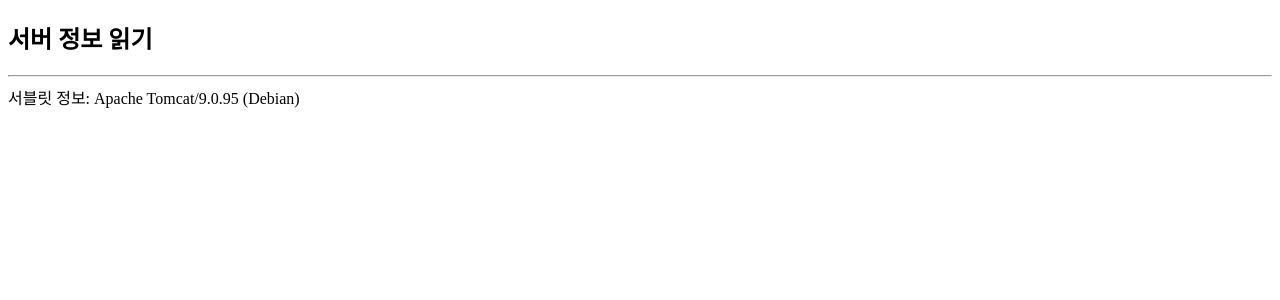
Repository: dongseon-git/WEB_JSP
Page: http://localhost/studyhtml5/jsp/j02/h01_application.jsp
An editor plug-in stored every save of this project. The page is shown before and after the next save, followed by the edit.
The browser window is 1280 px wide. The pictures show the whole page.
The page is served by Tomcat 9. Nobody is signed in. The application's start-up code is not run.

Above is the page before, as saved 2022-05-17 00:15:34.

After the next save:
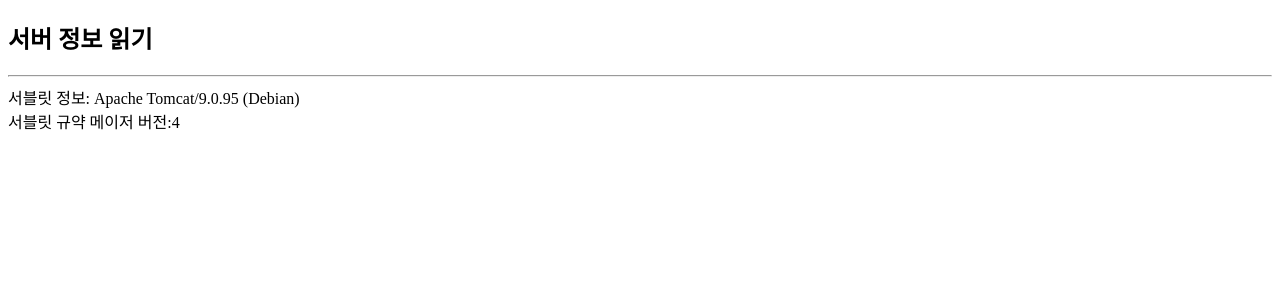
Saved 77 s later.
--- a/workspace/studyhtml5/WebContent/jsp/j02/h01_application.jsp
+++ b/workspace/studyhtml5/WebContent/jsp/j02/h01_application.jsp
@@ -14,5 +14,6 @@
 <h2>서버 정보 읽기</h2>
 <hr/>
 서블릿 정보: <%=application.getServerInfo() %><br/>
+서블릿 규약 메이저 버전:<%=application.getMajorVersion() %>
 </body>
 </html>
